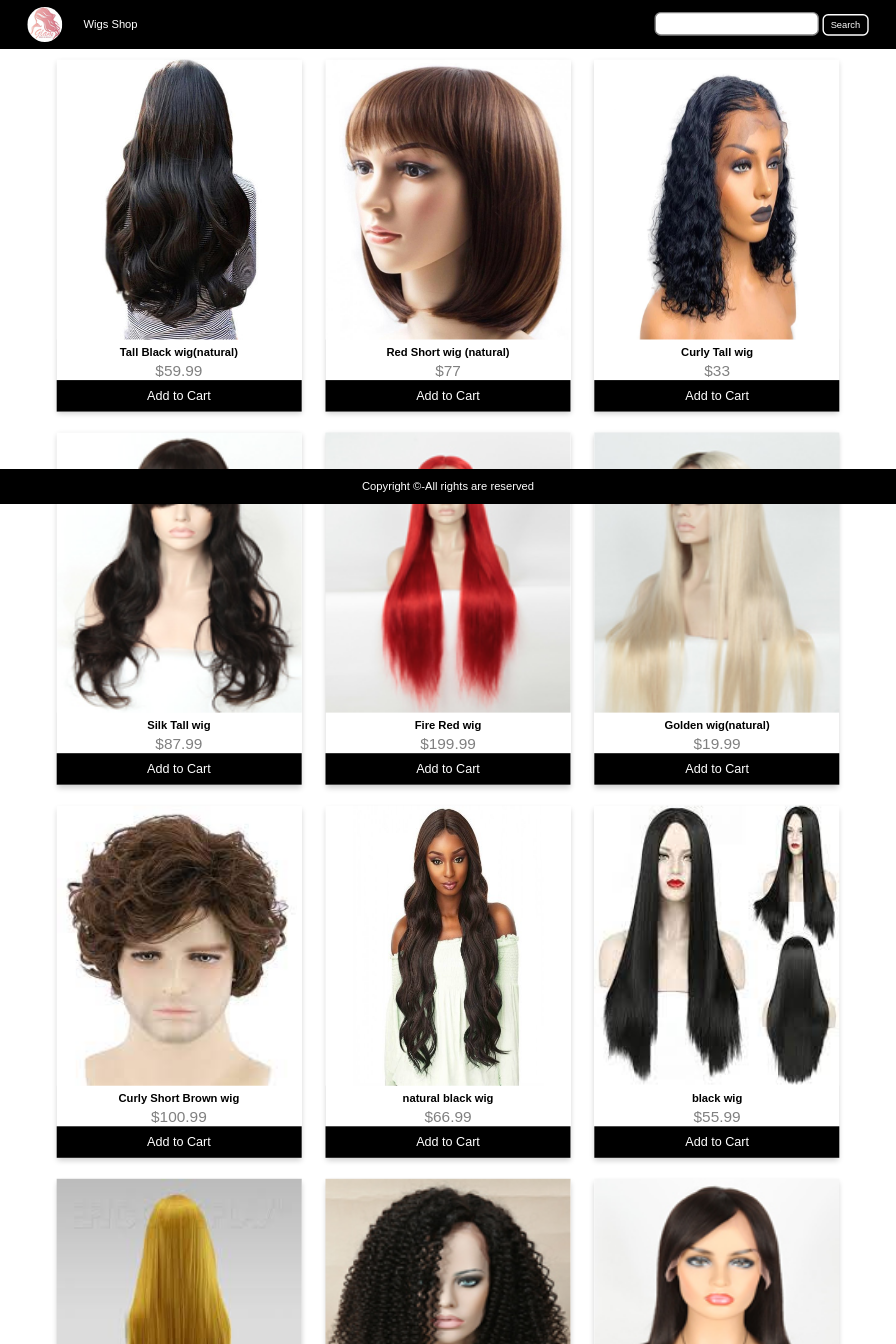
Repository: Zzero202/Zzero202
Page: index.html
These files come from the project's save history. The page is drawn as it stood at one moment and after the next save; the edit follows.
The browser window is 1280 px wide. The pictures show the part of the page from y = 0 to 1920 px (the page is 4960 px tall before and 4990 px after), at 70% of full size.

Above is the page before, as saved 2021-12-09 02:55:10.

### index.html
<!DOCTYPE html>

<html>

<head>
	<title>Toupee Shop</title>

	<style>
		* {
			margin: 0;
			padding: 0;
		}

		.navbar {
			display: flex;
			align-items: center;
			justify-content: center;
			position: sticky;
			top: 0;
			cursor: pointer;
		}
    footer{
      display: flex;
			align-items: center;
			justify-content: center;
			position: sticky;
			bottom: 0;
			cursor: pointer;
      width: 100%;
    }

		.background {
			background: black;
			background-blend-mode: darken;
			background-size: cover;
		}

		.nav-list {
			width: 70%;
			display: flex;
			align-items: center;
		}

		.logo {
			display: flex;
			justify-content: center;
			align-items: center;
		}

		.logo img {
			border-radius: 50px;
		}

		.nav-list li {
			list-style: none;
			padding: 26px 30px;
		}

		.nav-list li a {
			text-decoration: none;
			color: white;
		}

		.nav-list li a:hover {
			color: grey;
		}

		.rightnav {
			width: 30%;
			text-align: right;
		}

		#search {
			padding: 5px;
			font-size: 17px;
			border: 2px solid grey;
			border-radius: 9px;
		}

		.firstsection {
			background-color: green;
			height: 400px;
		}

		.secondsection {
			background-color: blue;
			height: 400px;
		}

		.box-main {
			display: flex;
			justify-content: center;
			align-items: center;
			color: black;
			max-width: 80%;
			margin: auto;
			height: 80%;
		}

		.firsthalf {
			width: 100%;
			display: flex;
			flex-direction: column;
			justify-content: center;
		}

		.secondhalf {
			width: 30%;
		}

		.secondhalf img {
			width: 70%;
			border: 4px solid white;
			border-radius: 150px;
			display: block;
			margin: auto;
		}

		.text-big {
			font-family: 'Piazzolla', serif;
			font-weight: bold;
			font-size: 35px;
		}

		.text-small {
			font-size: 18px;
		}

		.btn {
			padding: 8px 20px;
			margin: 7px 0;
			border: 2px solid white;
			border-radius: 8px;
			background: none;
			color: white;
			cursor: pointer;
		}

		.btn-sm {
			padding: 6px 10px;
			vertical-align: middle;
		}

		.section {
			height: 400px;
			display: flex;
			align-items: center;
			justify-content: center;
			max-width: 90%;
			margin: auto;
		}

		.section-Left {
			flex-direction: row-reverse;
		}

		.paras {
			padding: 0px 65px;
		}

		.thumbnail img {
			width: 250px;
			border: 2px solid black;
			border-radius: 26px;
			margin-top: 19px;
		}

		.center {
			text-align: center;

text-align: center;
		}


		.text-footer {
			text-align: center;
			padding: 30px 0;
			font-family: 'Ubuntu', sans-serif;
			display: flex;
			justify-content: center;
			color: white;
		}
    .card {
  box-shadow: 0 4px 8px 0 rgba(0, 0, 0, 0.2);
  max-width: 350px;
  margin: 15px;

  text-align: center;
  font-family: arial;
  display: inline-block;
}
.card img{
  width: 350px !important;
  height: 400px !important;
}
.price {
  color: grey;
  font-size: 22px;
}

.card button {
  border: none;
  outline: 0;
  padding: 12px;
  color: white;
  background-color: #000;
  text-align: center;
  cursor: pointer;
  width: 100%;
  font-size: 18px;
}

.card button:hover {
  opacity: 0.7;
}


* {
  margin: 0;
  padding: 0;
  box-sizing: border-box;
  font-family: "Nunito", sans-serif;
}

h1 {
  font-size: 16px;
  margin: 5px;
}
.container {
  width: 100%;
  height: 92vh;
  display: flex;
  justify-content: space-evenly;
  align-items: center;
  background-color: #f9fafc;
}

/*
Payment Information card
*/
.details_card {
  width: 700px;
  height: 400px;
  box-shadow: 0 0 5px 0 rgba(0, 0, 0, 0.2);
  border-radius: 8px;
  padding: 10px;
  background-color: #fff;
}

/*
Order Summary Card
*/
.summary_card {
  background-color: #fff;
  width: 350px;
  height: 400px;
  box-shadow: 0 0 5px 0 rgba(0, 0, 0, 0.2);
  border-radius: 8px;
  padding: 10px;
}

/*
Order Card Item Card
*/
.card_item {
  display: flex;
  position: relative;
  margin: 10px 0;
}
.close-btn {
  position: absolute;
  right: 10px;
  top: 5px;
}

.card_item .product_img img {
  height: 80px;
  margin-right: 20px;
  width: 70px;
  border-radius: 5px;
}

.product_info h1 {
  font-size: 20px;
  color: #1e212d;
  margin: 5px 0;
}

.product_info p {
  color: #a1a1a1;
  font-size: 14px;
}
.product_rate_info {
  display: flex;
  margin: 5px 0;
  align-items: center;
  justify-content: space-between;
}

/*
cart item + & -
*/
.pqt {
  font-size: 20px;
  line-height: 30px;
  width: 30px;
  text-align: center;
}

.pqt-plus,
.pqt-minus {
  background: #fcfcfc;
  border: none;
  font-size: 20px;
  height: 100%;
  padding: 0 15px;
}
.pqt-plus:hover,
.pqt-minus:hover {
  background: #53b5aa;
  color: #fff;
  cursor: pointer;
}

.pqt-plus {
  line-height: 30px;
}

.pqt-minus {
  line-height: 30px;
}
/*
Order price & total
*/
.order_price,
.order_service,
.order_total {
  display: flex;

  justify-content: space-between;
  padding: 10px;
}
.order_price p,
.order_service p {
  color: #a1a1a1;
}

.order_total p {
  font-weight: 600;
}

/*
Payment Information all input
*/

.payment_details input {
  outline: 0;
  background: #f2f2f2;
  border-radius: 4px;
  width: 100%;
  border: 0;
  caret-color: #4f5d7e;
  margin: 10px 15px;
  padding: 15px 20px;
  box-sizing: border-box;
  font-size: 14px;
}

.first_lastName,
.shipping_card,
.address {
  display: flex;
  justify-content: space-between;
  margin: 10px 0;
}

.new_card {
  width: 100%;
  height: 100px;
  border: 2px solid #53b5aa;
  padding: 10px;
  margin: 10px;
  border-radius: 10px;
}

.add_savedcard {
  width: 100%;
  height: 100px;
  border: 2px solid #a1a1a1;
  padding: 10px;
  margin: 10px;
  border-radius: 10px;
}
/*
Procced Payment button
*/
.proced_payment a {
  padding: 10px 20px;
  width: 200px;
  border: 2px solid #f5f5f5;
  background-color: #53b5aa;
  color: #000;
  margin-left: 10px;
  cursor: pointer;
  text-decoration: none;
}

footer {
  background-color: #000;
  color: #fff;
  height: 50px;
  text-align: center;
}
footer a {
  text-decoration: none;
  color: #fff;
}
table{
    border:1px solid #1e212d;
    width:50%;
    margin: auto;
  }
  table tr td,th{
    border: 1px solid #1e212d;
    padding:20px;
  }
  table tr td button{
    border:1px solid #4f5d7e;
    background:#4f5d7e;
    border-radius: 5px;
    padding:10px;
    color:#fff;
    cursor: pointer;
    transition: all .2s;

  }
  table tr td button:hover{
    border:1px solid #4f5d7e;
    background:transparent;
    color:#1e212d;

  }
	</style>
</head>

<body>
	<nav class="navbar background">
		<ul class="nav-list">
			<div class="logo">
				<img src= "img/logo.jpeg">
			</div>
			<li><a href="#shop">Wigs Shop</a></li>

		</ul>

		<div class="rightNav">
			<input type="text" name="search" id="search">
			<button class="btn btn-sm">Search</button>
		</div>
	</nav>


<div class="products center">
  <div class="card">
    <img src="img/1.jpg"   style="width:100%">
    <h1>Tall Black wig(natural)</h1>
    <p class="price">$59.99</p>

    <p><button>Add to Cart</button></p>
  </div>
  <div class="card">
    <img src="img/2.jpg">
    <h1>Red Short wig (natural)</h1>
    <p class="price">$77</p>

    <p><button>Add to Cart</button></p>
  </div>
  <div class="card">
    <img src="img/3.jpg"   style="width:100%">
    <h1>Curly Tall wig</h1>
    <p class="price">$33</p>

    <p><button>Add to Cart</button></p>
  </div>
  <div class="card">
    <img src="img/4.jpg"   style="width:100%">
    <h1>Silk Tall wig</h1>
    <p class="price">$87.99</p>

    <p><button>Add to Cart</button></p>
  </div>
  <div class="card">
    <img src="img/5.jpg"   style="width:100%">
    <h1>Fire Red wig</h1>
    <p class="price">$199.99</p>

    <p><button>Add to Cart</button></p>
  </div>
  <div class="card">
    <img src="img/6.jpg"   style="width:100%">
    <h1>Golden wig(natural)</h1>
    <p class="price">$19.99</p>

    <p><button>Add to Cart</button></p>
  </div>
  <div class="card">
    <img src=" img/7.jpg"   style="width:100%">
    <h1>Curly Short Brown wig</h1>
    <p class="price">$100.99</p>

    <p><button>Add to Cart</button></p>
  </div>
  <div class="card">
    <img src=" img/8.jpg"   style="width:100%">
    <h1>natural  black wig </h1>
    <p class="price">$66.99</p>

    <p><button>Add to Cart</button></p>
  </div>
  <div class="card">
    <img src=" img/9.jpg"   style="width:100%">
    <h1>black wig </h1>
    <p class="price">$55.99</p>

    <p><button>Add to Cart</button></p>
  </div>
  <div class="card">
    <img src=" img/10.jpg"   style="width:100%">
    <h1>golden wig</h1>
    <p class="price">$44.99</p>

    <p><button>Add to Cart</button></p>
  </div>
  <div class="card">
    <img src=" img/11.jpg"   style="width:100%">
    <h1>black natural wig</h1>
    <p class="price">$15.99</p>

    <p><button>Add to Cart</button></p>
  </div>
  <div class="card">
    <img src=" img/12.jpg"   style="width:100%">
    <h1>red wig </h1>
    <p class="price">$33.99</p>

    <p><button>Add to Cart</button></p>

</div>



<div class="container">
  <div class="payment_details">
    <h1>Payment Information</h1>
    <div class="details_card">
      <div class="name_address">
        <div class="first_lastName">
          <input type="text" placeholder="First Name" />
          <input type="text" placeholder="Last Name" />
        </div>
        <div class="address">
          <input type="text" onkeyup="change()" id="put" placeholder="Address" />
          <input type="number" placeholder="Pincode" />
          <input type="text" placeholder="Country" />
        </div>
      </div>
      <h1>Shipping Details</h1>
      <div class="shipping_card">
        <div class="new_card">
          <h4>Same as personal</h4>
          <p id="output">Bharat House Bombay Samachar Road</p>
          <p>400001</p>
        </div>
        <div class="add_savedcard">
          <h4>Saved Address</h4>
          <p>Lokhandwala Complex, Andheri (west)</p>
          <p>400053</p>
        </div>
      </div>
      <div class="proced_payment">
        <a href="">Procced to payment</a>
      </div>
    </div>
  </div>
  <div class="order_summary">
    <h1>Order Summary</h1>
    <div class="summary_card">
      <div class="card_item">
        <div class="product_img">
          <img src=https://images.unsplash.com/photo-1525966222134-fcfa99b8ae77?ixid=MXwxMjA3fDB8MHxwaG90by1wYWdlfHx8fGVufDB8fHw%3D&ixlib=rb-1.2.1&auto=format&fit=crop&w=643&q=80" alt="" />
        </div>
        <div class="product_info">
          <h1>Nike Shoes</h1>
          <p>Lorem Ipsum is simply dummy text.</p>
          <div class="close-btn">
            <i class="fa fa-close"></i>
          </div>
          <div class="product_rate_info">
            <h1>$ 200</h1>
            <span class="pqt-minus">-</span>
            <span class="pqt">1</span>
            <span class="pqt-plus">+</span>
          </div>
        </div>
      </div>
      <div class="card_item">
        <div class="product_img">
          <img src="https://images.unsplash.com/photo-1543512214-318c7553f230?ixid=MXwxMjA3fDB8MHxwaG90by1wYWdlfHx8fGVufDB8fHw%3D&ixlib=rb-1.2.1&auto=format&fit=crop&w=634&q=80" alt="" />
        </div>
        <div class="product_info">
          <h1>Amazon Prime</h1>
          <p>Lorem Ipsum is simply dummy text.</p>
          <div class="close-btn">
            <i class="fa fa-close"></i>
          </div>
          <div class="product_rate_info">
            <h1>$ 160</h1>
            <span class="pqt-minus">-</span>
            <span class="pqt">1</span>
            <span class="pqt-plus">+</span>
          </div>
        </div>
      </div>
      <hr />
      <div class="order_price">
        <p>Order summary</p>
        <h4>$400</h4>
      </div>
      <div class="order_service">
        <p>Additional Service</p>
        <h4>$10</h4>
      </div>
      <div class="order_total">
        <p>Total Amount</p>
        <h4>$370</h4>
      </div>
    </div>
  </div>
</div>
<section class="table-pic">
  <table>
    <thead>
      <tr>
        <th>title</th>
        <th>price</th>
        <th>image</th>
        <th>Add</th>
      </tr>
    </thead>
    <tbody>
      <tr>
        <td>Tall Black wig(natural)</td>
        <td>$59.99</td>
        <td><img src="img/1.jpg" width="100" alt=""></td>
        <td><button>Add to Cart</button></td>
      </tr>
      <tr>
        <td>Red Short wig (natural)
        </td>
        <td>$77
        </td>
        <td><img src="img/2.jpg" width="100" alt=""></td>
        <td><button>Add to Cart</button></td>
      </tr>
      <tr>
        <td>Curly Tall wig
        </td>
        <td>$33

        </td>
        <td><img src="img/3.jpg" width="100" alt=""></td>
        <td><button>Add to Cart</button></td>
      </tr>
      <tr>
        <td>Silk Tall wig
        </td>
        <td>$87.99</td>
        <td><img src="img/4.jpg" width="100" alt=""></td>
        <td><button>Add to Cart</button></td>
      </tr>
      <tr>
        <td>Fire Red wig
        </td>
        <td>$199.99

        </td>
        <td><img src="img/5.jpg" width="100" alt=""></td>
        <td><button>Add to Cart</button></td>
      </tr>
      <tr>
        <td>Golden wig(natural)
        </td>
        <td>$19.99

        </td>
        <td><img src="img/6.jpg" width="100" alt=""></td>
        <td><button>Add to Cart</button></td>
      </tr>
      <tr>
        <td>Curly Short Brown wig
        </td>
        <td>$100.99

        </td>
        <td><img src="img/7.jpg" width="100" alt=""></td>
        <td><button>Add to Cart</button></td>
      </tr>
      <tr>
        <td>natural black wig
        </td>
        <td>$66.99

        </td>
        <td><img src="img/8.jpg" width="100" alt=""></td>
        <td><button>Add to Cart</button></td>
      </tr>
      <tr>
        <td>black wig
        </td>
        <td>$55.99

        </td>
        <td><img src="img/9.jpg" width="100" alt=""></td>
        <td><button>Add to Cart</button></td>
      </tr>
      <tr>
        <td>golden wig
        </td>
        <td>$44.99

        </td>
        <td><img src="img/10.jpg" width="100" alt=""></td>
        <td><button>Add to Cart</button></td>
      </tr>
      <tr>
        <td>black natural wig
          </td>
        <td>$15.99

        </td>
        <td><img src="img/11.jpg" width="100" alt=""></td>
        <td><button>Add to Cart</button></td>
      </tr>
      <tr>
        <td>red wig
        </td>
        <td>$33.99

        </td>
        <td><img src="img/12.jpg" width="100" alt=""></td>
        <td><button>Add to Cart</button></td>
      </tr>
    </tbody>
  </table>
</section>
<footer>
  <a >	Copyright ©-All rights are reserved</a>
</footer>

</body>

</html>

After the next save:
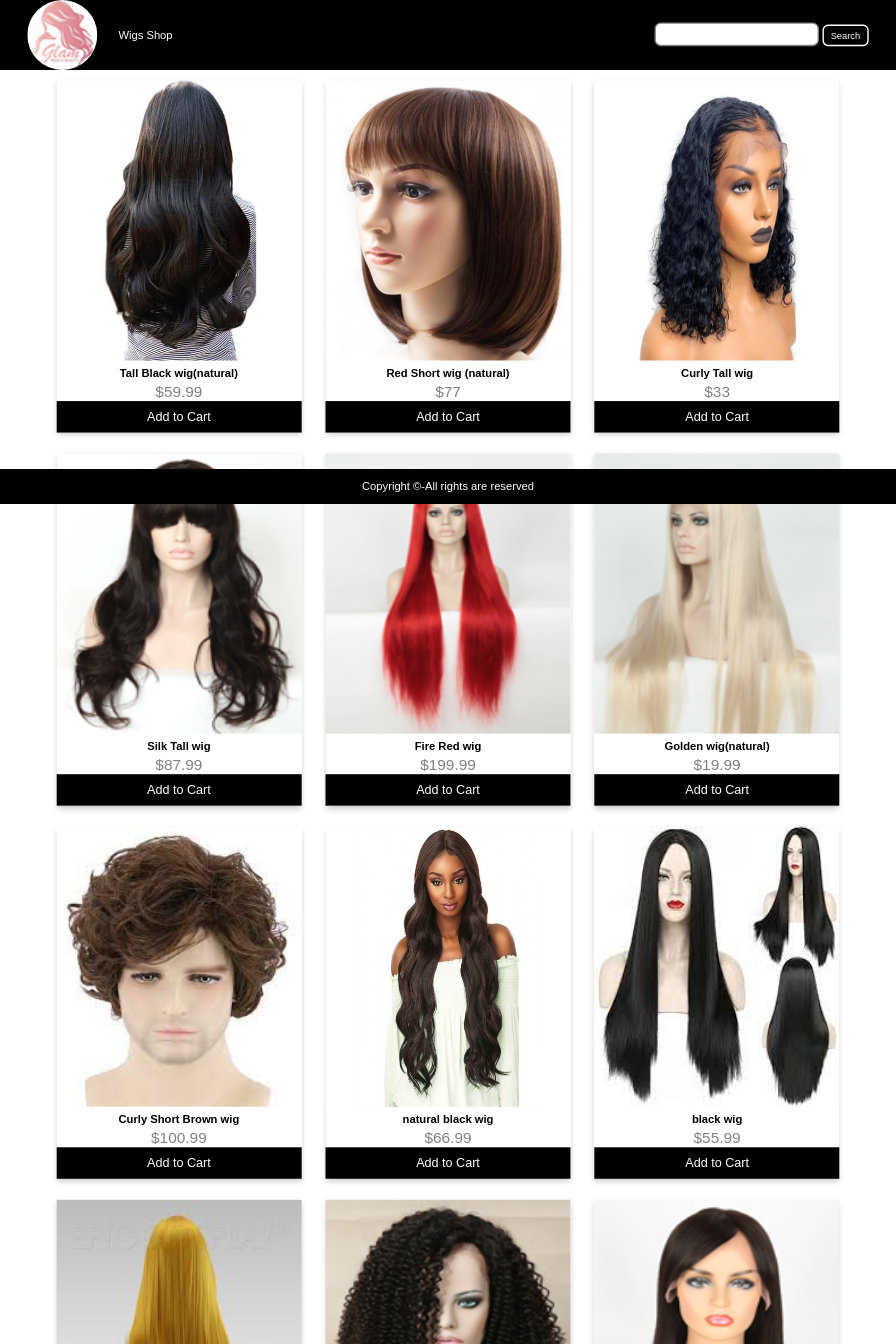
Saved 15 s later.
--- a/index.html
+++ b/index.html
@@ -48,6 +48,7 @@
 		}
 
 		.logo img {
+			width: 100px;
 			border-radius: 50px;
 		}
 
